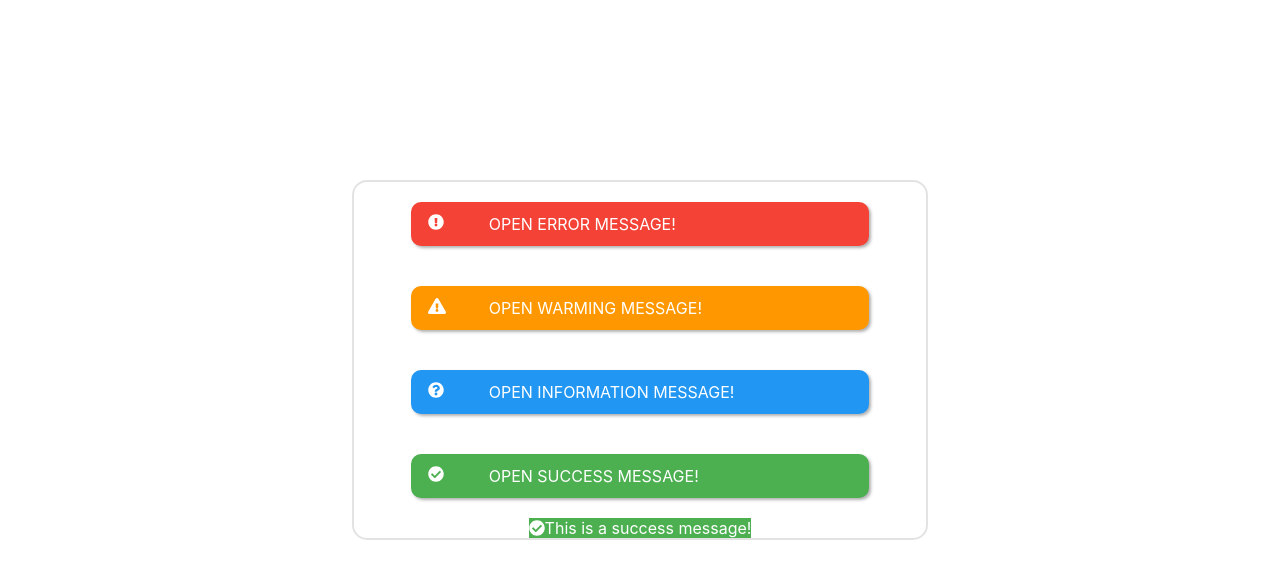
Repository: KrzysKolo/sr_tydzien5_zad2
Page: /, after clicking the first element matching `div.wrapper--btn > :nth-child(4)`
The author's editor kept a copy of each file at every save. The page is drawn from the files as they stood at one save, then again after the next save.
The browser window is 1280 px wide. The pictures show the whole page.
The project was rebuilt for these pictures with package versions that can differ from the ones it lists, and the page was loaded fresh each time.

Above is the page before, as saved 2020-12-28 03:35:22.

### public/index.html
<!DOCTYPE html>
<html lang="en">
  <head>
    <meta charset="utf-8" />
    <link rel="icon" href="%PUBLIC_URL%/favicon.ico" />
    <meta name="viewport" content="width=device-width, initial-scale=1" />
    <meta name="theme-color" content="#000000" />
    <meta
      name="description"
      content="Web site created using create-react-app"
    />
    <link rel="apple-touch-icon" href="%PUBLIC_URL%/logo192.png" />
    <!--
      manifest.json provides metadata used when your web app is installed on a
      user's mobile device or desktop. See https://developers.google.com/web/fundamentals/web-app-manifest/
    -->
    <link rel="manifest" href="%PUBLIC_URL%/manifest.json" />
    <!--
      Notice the use of %PUBLIC_URL% in the tags above.
      It will be replaced with the URL of the `public` folder during the build.
      Only files inside the `public` folder can be referenced from the HTML.

      Unlike "/favicon.ico" or "favicon.ico", "%PUBLIC_URL%/favicon.ico" will
      work correctly both with client-side routing and a non-root public URL.
      Learn how to configure a non-root public URL by running `npm run build`.
    -->
    <title>Zad 2 - snackbar</title>
  </head>
  <body>
    <noscript>You need to enable JavaScript to run this app.</noscript>
    <div id="root"></div>
    <!--
      This HTML file is a template.
      If you open it directly in the browser, you will see an empty page.

      You can add webfonts, meta tags, or analytics to this file.
      The build step will place the bundled scripts into the <body> tag.

      To begin the development, run `npm start` or `yarn start`.
      To create a production bundle, use `npm run build` or `yarn build`.
    -->
  </body>
</html>

### src/App.js
import React from 'react';
import Buttons from './components/Buttons';
import './App.css';
const App = () => {
  return (
    <div className="wrapper--btn">
      <Buttons />
    </div>
  )
}

export default App;

### src/components/Buttons.js
import React, {useState} from 'react';
import ButtonsData from './../data/ButtonsData';
import Button from './Button';
import Snackbar from './Snackbar';

const Buttons = () => {

    return (
        <>
            {ButtonsData.map(button =>
                <Button key={button.id} data={button}/>
            )}

        </>
    )
}

export default Buttons;

### src/App.css
* {
  box-sizing: border-box;
  margin: 0;
  position: relative;
}
body {
  width: 100vw;
  height: 100vh;
  display: flex;
  flex-direction: row;
  justify-content: center;
  align-items: center;
}
.wrapper--btn {
  border: 2px solid #e3e3e3;
  border-radius: 15px;
  width: 45vw;
  display: flex;
  flex-direction: column;
  justify-content: center;
  align-items: center;
}
.btn {
  border-radius: 10px;
  color: rgb(240, 239, 244);
  cursor: pointer;
  outline: none;
  padding: 10px 15px;
  margin: 20px;
  width: 80%;
  display: grid;
  grid-template-columns: 0.5fr 3fr;
  box-shadow: 2px 2px 3px rgba(102, 102, 102, 0.5);
  transition: all 0.3s ease-in-out;
}
.error {
  color: white;
  background: rgb(244, 67, 54);
}

.success {
  color: white;
  background: rgb(76, 175, 80);
}
.information {
  color: white;
  background: rgb(33, 150, 243);
}

.warning {
  background: rgb(255, 152, 0);
  color: white;
}

### src/data/ButtonsData.js
const ButtonsData = [
    {
      id: 0,
      name: "OPEN ERROR MESSAGE!",
      color: "rgb(244, 67, 54)",
      icon: "faExclamationCircle",
      type: "error",
      message: "This is an error message!",
    },
    {
      id: 1,
      name: "OPEN WARMING MESSAGE!",
      color: "rgb(255, 152, 0)",
      icon: "faExclamationTriangle",
      type: "warning",
      message: "This is a warning message!",
    },
    {
      id: 2,
      name: "OPEN INFORMATION MESSAGE!",
      color: "rgb(33, 150, 243)",
      icon: "faQuestionCircle",
      type: "information",
      message: "This is an information message!",
    },
    {
      id: 3,
      name: "OPEN SUCCESS MESSAGE!",
      color: "rgb(76, 175, 80)",
      icon: "faCheckCircle",
      type: "success",
      message: "This is a success message!",
    },

  ]
 export default ButtonsData;

### src/components/Button.js
import React, { useState } from 'react';
import Icons from './Icons';
import Snackbar from './Snackbar';


const Button = ({data } ) => {

    const [isHover, setIsHover] = useState(false);
    const OutStyle = {
        border: `2px solid ${data.color}`,
        background: data.color,
        color: "#fff",
      };

      const OverStyle = {
        border: `2px solid ${data.color}`,
        backgroundColor: "#fff",
        color: data.color,

      };
      /*const event = data.event;
      const switchFunction = (event) => {
        switch (event) {
                case 'handleClick': handleClick(); break;
               case 'handleClickWarming': handleClickWarming(); break;
                case 'handleClickInformation': handleClickInformation(); break;
                case 'handleClickSuccess': handleClickSuccess(); break;
                default: return null;
                }
    }

     const handleClickWarming = () => {
        console.log(data.info);
    };
    const handleClickInformation = () => {
        console.log(data.info);
    };
    const handleClickSuccess = () => {
        console.log(data.info);
    }; */

    const [isShownSnackbar, setIsShownSnackbar] = useState(false);
    const handleClick = () => {

        setIsShownSnackbar(true);

    };
    return (
        <>

        <div className="btn"
        /* onClick={() => switchFunction(event)} */
        onClick={handleClick}
        style={isHover ? OverStyle : OutStyle}
        onMouseOver={() => setIsHover(true)}
        onMouseOut={() => setIsHover(false)}>
            <Icons icon={data.icon}/>
             {data.name}
        </div>
        {isShownSnackbar && <Snackbar type={data.type} message={data.message} icon={data.icon} />}
        </>
    )
}

export default Button;

### src/components/Snackbar.js
import React from 'react';
import Icons from './Icons';
const Snackbar = ({type, message, icon}) => {
    return (
        <div className={`${type}`}>
           <Icons icon={icon} />{message}
        </div>
    )
}

export default Snackbar

### src/components/Icons.js
import React from 'react';
import { FontAwesomeIcon } from '@fortawesome/react-fontawesome';
import { faCheckCircle, faQuestionCircle, faExclamationTriangle, faExclamationCircle } from '@fortawesome/free-solid-svg-icons';

const Icons = ({icon}) => {

        switch (icon) {
            case 'faExclamationCircle': return <FontAwesomeIcon icon={faExclamationCircle} />;
            case 'faExclamationTriangle': return <FontAwesomeIcon icon={faExclamationTriangle} />;
            case 'faQuestionCircle': return <FontAwesomeIcon icon={faQuestionCircle} />;
            case 'faCheckCircle': return <FontAwesomeIcon icon={faCheckCircle} />;
            default: return null;
            }



}

export default Icons;

Loaded but not shown: src/index.js (common file); src/index.css (common file)

After the next save:
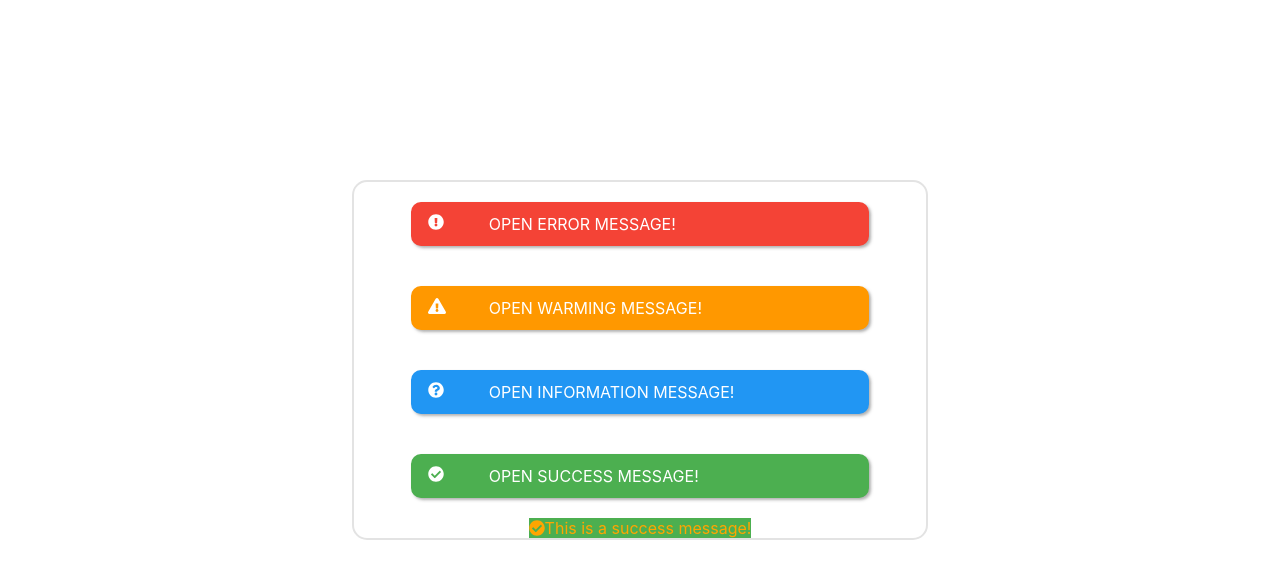
Saved 82 s later.
--- a/src/App.css
+++ b/src/App.css
@@ -39,15 +39,15 @@ body {
 }
 
 .success {
-  color: white;
+  color: orange;
   background: rgb(76, 175, 80);
 }
 .information {
-  color: white;
+  color: yellow;
   background: rgb(33, 150, 243);
 }
 
 .warning {
   background: rgb(255, 152, 0);
-  color: white;
+  color: green;
 }
